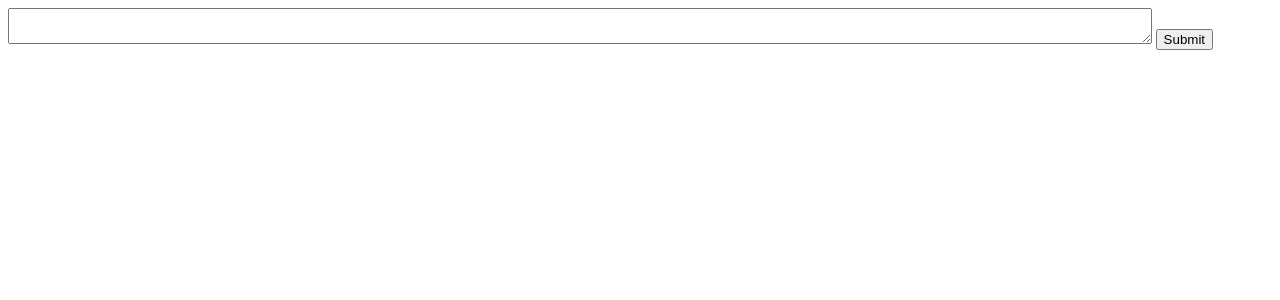
Repository: pixman92/Sounds-per-Letter
Page: index.html
These files come from the project's save history. The page is drawn as it stood at one moment and after the next save; the edit follows.
The browser window is 1280 px wide. The pictures show the whole page.

Above is the page before, as saved 2020-04-29 12:52:52.

### index.html
<!DOCTYPE html>
<html>
<head>
    <meta charset='utf-8'>
    <meta http-equiv='X-UA-Compatible' content='IE=edge'>
    <title>Sounds Per Letter</title>
    <meta name='viewport' content='width=device-width, initial-scale=1'>
    <!-- <link rel='stylesheet' type='text/css' media='screen' href='main.css'> -->
    <script src='script.js'></script>
    <script src="howler.js"></script>

    <style>
        #toBeParsed{
            width: 90%;
            height: 4;
        }
    </style>

</head>
<body>

    <textarea id="toBeParsed"></textarea>
    <button id="parseMe">Submit</button>
</body>
</html>

### script.js
window.onload = ()=>{
  var alphabet =   ["a", "b", "c", "d", "e", "f", "g", "h", "i", "j", "k", "l", "m", "n", "o", "p", "q", "r", "s", "t", "u", "v", "w", "x", "y", "z"];


    if(localStorage.getItem('savedText')){
        document.getElementById('toBeParsed').value = localStorage.getItem('savedText')
    }

    document.getElementById('parseMe').addEventListener('click', ()=>{
        localStoreText();
        splitMe(document.getElementById('toBeParsed').value);
    });


//   var soundPath = './Sounds/Sound-Effects/shortSounds/';
//   var arrayOfSounds = ["AirGunDrill_S08IN.25.wav", "ArrowImpactHuman_S08WA.4.4", "BloodGutsSpill_S08HO.3", "BulletFlyBy_S08WA.18.wav", "BulletFlyBy_S08WA.22.wav", "CatMeow_S08AN.44.wav", "DropSingleDrip_S08WR.47.wav", "DropSingleDrip_S08WR.49.wav", "FireballBurst_S08FI.28.wav", "FleshStab_S08HO.100.wav", "GolfClubSwing_S08SP.410.wav", "HumanGrunt_S08HU.271.wav", "HumanGrunt_S08HU.286.wav", "HumanKiss_S08HU.312.wav", "HumanSigh_S08HU.455.wav", "HumanSlurp_S08HU.465.wav", "ImpactGlass_S08IM.303.wav", "ImpactHumanBody_S08IM.327.wav", "ImpactHumanHit_S08IM.330.wav", "ImpactHumanSmack_S08IM.336.wav", "PinballBumper_S08SP.564.wav", "PinballBumper_S08SP.566.wav", "PREL_HIT WARBLE_PO01.238.wav", "SciFiLaser_S08SF.357.wav", "SciFiWhoosh_S08SF.1684.wav", "SemiTruckHorn_S08IN.866.wav"];


}

autoUnlock = true;


function playMeNow(letter){
    var arrayOfSounds = ["AirGunDrill_S08IN.25.wav", "ArrowImpactHuman_S08WA.4.4", "BloodGutsSpill_S08HO.3", "BulletFlyBy_S08WA.18.wav", "BulletFlyBy_S08WA.22.wav", "CatMeow_S08AN.44.wav", "DropSingleDrip_S08WR.47.wav", "DropSingleDrip_S08WR.49.wav", "FireballBurst_S08FI.28.wav", "FleshStab_S08HO.100.wav", "GolfClubSwing_S08SP.410.wav", "HumanGrunt_S08HU.271.wav", "HumanGrunt_S08HU.286.wav", "HumanKiss_S08HU.312.wav", "HumanSigh_S08HU.455.wav", "HumanSlurp_S08HU.465.wav", "ImpactGlass_S08IM.303.wav", "ImpactHumanBody_S08IM.327.wav", "ImpactHumanHit_S08IM.330.wav", "ImpactHumanSmack_S08IM.336.wav", "PinballBumper_S08SP.564.wav", "PinballBumper_S08SP.566.wav", "PREL_HIT WARBLE_PO01.238.wav", "SciFiLaser_S08SF.357.wav", "SciFiWhoosh_S08SF.1684.wav", "SemiTruckHorn_S08IN.866.wav"];
    var soundPath = './Sounds/Sound-Effects/shortSounds/';

    if(letter=='a'){
        var soundA = new Howl({
            src: [soundPath + arrayOfSounds[0]]
        });

        var idA = soundA.play();
    }

    if(letter=='b'){
        var soundB = new Howl({
            src: [soundPath + arrayOfSounds[1]]
        });
        var idB = soundB.play();

    }

    if(letter=='c'){
        var soundC = new Howl({
            src: [soundPath + arrayOfSounds[2]]
        });
        var idC = soundC.play();

    }
    if(letter=='d'){
        var soundD = new Howl({
            src: [soundPath + arrayOfSounds[3]]
        });
        var idD = soundD.play();

    }
    if(letter=='e'){
        var soundE = new Howl({
            src: [soundPath + arrayOfSounds[4]]
        });
        var idE = soundE.play();

    }
    if(letter=='f'){
        var soundF = new Howl({
            src: [soundPath + arrayOfSounds[5]]
        });
        var idF = soundF.play();

    }
    if(letter=='g'){
        var soundG = new Howl({
            src: [soundPath + arrayOfSounds[6]]
        });
        var idG = soundG.play();

    }
    if(letter=='h'){
        var soundH = new Howl({
            src: [soundPath + arrayOfSounds[7]]
        });
        var idH = soundH.play();

    }
    if(letter=='i'){
        var soundI = new Howl({
            src: [soundPath + arrayOfSounds[8]]
        });
        var idI = soundI.play();

    }
    if(letter=='j'){
        var soundJ = new Howl({
            src: [soundPath + arrayOfSounds[9]]
        });
        var idJ = soundJ.play();

    }
    if(letter=='k'){
        var soundK = new Howl({
            src: [soundPath + arrayOfSounds[10]]
        });
        var idK = soundK.play();

    }
    if(letter=='l'){
        var soundL = new Howl({
            src: [soundPath + arrayOfSounds[11]]
        });
        var idL = soundL.play();

    }
    if(letter=='m'){
        var soundM = new Howl({
            src: [soundPath + arrayOfSounds[12]]
        });
        var idM = soundM.play();

    }
    if(letter=='n'){
        var soundN = new Howl({
            src: [soundPath + arrayOfSounds[13]]
        });
        var idN = soundN.play();

    }
    if(letter=='o'){
        var soundO = new Howl({
            src: [soundPath + arrayOfSounds[14]]
        });
        var idO = soundO.play();

    }
    if(letter=='p'){
        var soundP = new Howl({
            src: [soundPath + arrayOfSounds[15]]
        });
        var idP = soundP.play();

    }
    if(letter=='q'){
        var soundQ = new Howl({
            src: [soundPath + arrayOfSounds[16]]
        });
        var idQ = soundQ.play();

    }
    if(letter=='r'){
        var soundR = new Howl({
            src: [soundPath + arrayOfSounds[17]]
        });
        var idR = soundR.play();

    }
    if(letter=='s'){
        var soundS = new Howl({
            src: [soundPath + arrayOfSounds[18]]
        });
        var idS = soundS.play();

    }
    if(letter=='t'){
        var soundT = new Howl({
            src: [soundPath + arrayOfSounds[19]]
        });
        var idT = soundT.play();

    }
    if(letter=='u'){
        var soundU = new Howl({
            src: [soundPath + arrayOfSounds[20]]
        });
        var idU = soundU.play();

    }
    if(letter=='v'){
        var soundV = new Howl({
            src: [soundPath + arrayOfSounds[21]]
        });
        var idV = soundV.play();

    }
    if(letter=='w'){
        var soundW = new Howl({
            src: [soundPath + arrayOfSounds[22]]
        });
        var idW = soundW.play();

    }
    if(letter=='x'){
        var soundX = new Howl({
            src: [soundPath + arrayOfSounds[23]]
        });
        var idX = soundX.play();

    }
    if(letter=='y'){
        var soundY = new Howl({
            src: [soundPath + arrayOfSounds[24]]
        });
        var idY = soundY.play();

    }
    if(letter=='z'){
        var soundZ = new Howl({
            src: [soundPath + arrayOfSounds[25]]
        });
        var idZ = soundZ.play();

    }


}

//========================================
var splitStr=[];
async function  splitMe(stringMe) {
    splitStr = stringMe.split("");

    console.log('splitStr', splitStr);
    for(var i=0; i<splitStr.length; i++){
        await wait(750).then(()=>{});
        playMeNow(splitStr[i]);

    }

}

function localStoreText(){
    localStorage.setItem("savedText", document.getElementById('toBeParsed').value);
}


//=====================================================
function wait(timout){
    return new Promise(resolve=>setTimeout(resolve, timout));
}

Loaded but not shown: howler.js (2520 lines, source omitted)

After the next save:
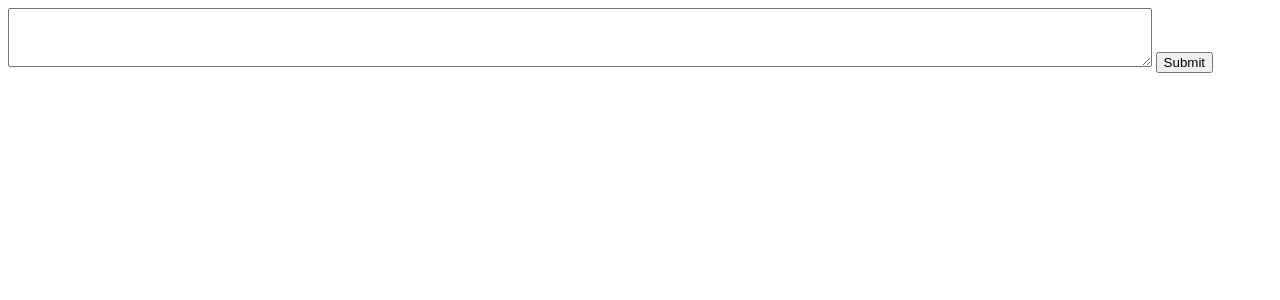
Saved 5 s later.
--- a/index.html
+++ b/index.html
@@ -12,7 +12,7 @@
     <style>
         #toBeParsed{
             width: 90%;
-            height: 4;
+            height: 4em;
         }
     </style>
 
